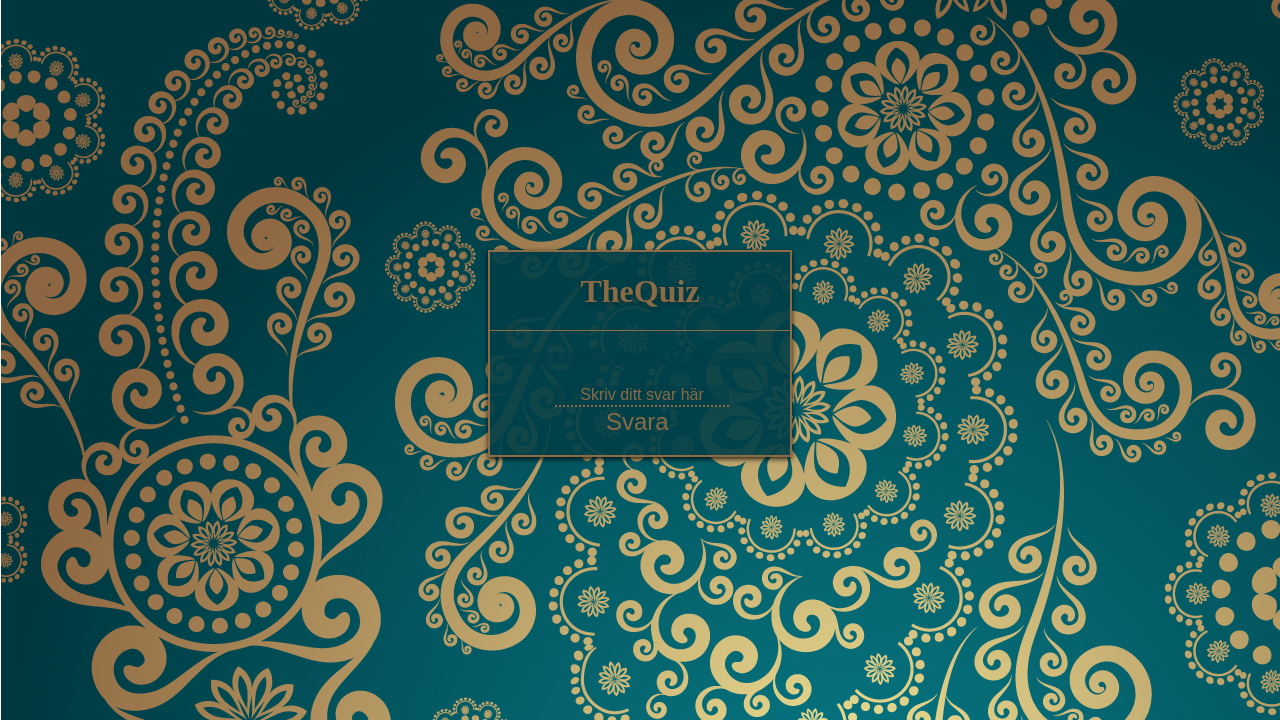
Repository: RebeccaFransson/1dv403-laborationer
Page: 4-thequiz/index.html
The author's editor kept a record of every edit. The page is drawn from the files as they stood at one moment, then again after the next edit.
The browser window is 1280 px wide. The pictures show the whole page.

Above is the page before.
Console error: SyntaxError: Unexpected token ')'

### 4-thequiz/index.html
<!DOCTYPE html>
<html lang="sv">
<head>
	<meta charset="UTF-8" />
	<link rel="stylesheet" href="style.css" />
    <title>JavaScript - TheQuiz</title>
</head>
    <body>
        <div id="content">
        <header><h1>TheQuiz</h1></header>
        <div id="nr">
            <div id="quest"></div>
        </div>
        <form>
     		<input placeholder="Skriv ditt svar här" type="text" id="textvalue"/>
     		<input type="submit" value="Svara" id="send"/>
     		<p id="value"></p>
        </form>

        <div id="answer">
        </div>

 		</div>
 		<script src="script/theQuiz.js"></script>
    </body>
</html>

### 4-thequiz/style.css
body{
    background-image: url('BG.jpg');
    color:#8B6B45;
}
#content{
    width:300px;
    margin:auto;
    margin-top:250px;
    border: 2px solid #8B6B45;
    box-shadow: 0 2px 5px rgba(0, 0, 0, 0.8);
    background-color:rgba(0, 63, 72, 0.9);

}
h1{
    width: 300px;
    text-align:center;
    border:rgba(0, 63, 72, 0.5);
    border-bottom:1px solid #8B6B45;
    padding-bottom:20px;
    text-shadow: 0 2px 5px rgba(0, 0, 0, 0.3);
}
#nr{
    width: 270px;
    margin:auto;
    margin-bottom:20px;
    text-shadow: 0 2px 5px rgba(0, 0, 0, 0.8);
    text-align:center;
    font-size:1em;
    background-color:rgba(0, 63, 72, 0.5);
    border:1px solid rgb(0, 63, 72);
    -moz-border-radius: 10px;
    border-radius: 10px;
}
#quest{
    text-shadow: 0 2px 5px rgba(0, 0, 0, 0.3);
    text-align:center;
    font-size:2em;
    margin:10px;
}
form{
    width:270px;
    height:70px;
    margin:auto;
}
#textvalue{
    width:170px;
    position:relative;
    left:50px;
    border:rgba(0, 63, 72, 0.5);
    border-bottom:2px dotted #8B6B45;
    text-align:center;
    font-size:1em;
    background-color:rgba(0, 63, 72, 0.5);
    color: #8B6B45;
}
#send{
    width:70px;
    color: #8B6B45;
    margin-left:95px;
    border:none;
    font-size:1.5em;
    background-color:rgba(0, 63, 72, 0.1);

}
#send:hover{
    color:#8D6541;
    text-shadow: 0 5px 5px rgba(0, 0, 0, 0.3);
}
::-webkit-input-placeholder {
   color: #8B6B45;
}

:-moz-placeholder { /* Firefox 18- */
   color: #8B6B45;
}

::-moz-placeholder {  /* Firefox 19+ */
   color: #8B6B45;
}

:-ms-input-placeholder {
   color: #8B6B45;
}

#answer{
    width:300px;
    font-size:1.5em;
    text-align:center;
    position:absolute;
    top:510px;
    -moz-border-radius: 10px;
    border-radius: 10px;
    box-shadow: 0 5px 5px rgba(0, 0, 0, 0.8);
     background-color:rgba(0, 63, 72, 0.9);
}

h2{
    font-size:1.8em;
    text-shadow: 0 2px 5px rgba(0, 0, 0, 0.3);
    margin:0;
}
}
.hidden{
    display:none;
}

### 4-thequiz/script/theQuiz.js

var theQuiz = {

nextURL: '',
times: 0,
timedArr: [],

    get: function(){

        if(theQuiz.times != 0){
            theQuiz.timedArr.push(theQuiz.times);
            console.log('TIMES!!!'+theQuiz.times);
            console.log('ARRAYN!!'+theQuiz.timedArr);
            theQuiz.times = 0;
        }

        //theQuiz.timedArr.length = 0;

        theQuiz.nextURL = theQuiz.nextURL || "http://vhost3.lnu.se:20080/question/1";
            var xhr = new XMLHttpRequest();

            xhr.onreadystatechange = function(){ //denna kod skall köras när vi får ett svar
                if(xhr.readyState === 4 && xhr.status === 200){//allt ok

                    var quest = JSON.parse(xhr.responseText);
                    console.log('OK Fråga: '+quest.question); //svarstext

                    document.getElementById('quest').innerHTML = quest.question;
                    document.getElementById('send').onclick = function(e){//hämtar ut knapp, sätter klick
                    theQuiz.times++;
                    console.log('TIMES'+theQuiz.times);
                    e.preventDefault();
                    theQuiz.send(xhr, quest);
                };

                }else if(xhr.status === 404){
                        console.log('Hittades ej');
                }else{
                    console.log('Annat problem med att ta emot från server');
                }
            };

            xhr.open('GET', theQuiz.nextURL, true); //asynkromt anrop

            xhr.send(null);
    },

    send: function(xhr, quest){
            var input = document.getElementById('textvalue').value;

            xhr.open('POST', quest.nextURL, true);//skicka data till nästa url
            xhr.setRequestHeader('Content-Type', 'application/json');//talar om att ypen är json

            var product = {
                id: 1,
                answer: input,
            };

            xhr.send(JSON.stringify(product));

            xhr.onreadystatechange = function(){ //denna kod skall köras när vi får ett svar

                if(){
                var ansBox = document.getElementById('answer');
                var answer = JSON.parse(xhr.responseText);

                if(answer.nextURL != undefined){//RÄTT GRÖN FÄRG
                    ansBox.innerHTML = answer.message;
                    ansBox.setAttribute('style', 'border: 2px solid rgba(115, 240, 44, 0.5)');

                    theQuiz.nextURL = answer.nextURL;
                    theQuiz.get();
                }else if(xhr.status === 400){//fel BLI RÖD
                    ansBox.innerHTML = answer.message;
                    ansBox.setAttribute('style', 'border: 2px solid rgba(255, 44, 44, 0.5)');

                }else{//slut på frågor
                    ansBox.setAttribute('style', 'border: 2px solid #8B6B45');
                    //ansBox.innerHTML = 'Grattis! Du klarade hela Quizet på '+theQuiz.times+' försök';
                    for(var i = 1; i <= theQuiz.timedArr.length; i++){
                        ansBox.innerHTML += 'Fråga '+i+' tog '+theQuiz.timedArr[i-1]+'försök <br>';
                    }
                }
                document.getElementById('textvalue').value = "";
            };
    }
};
window.onload = theQuiz.get;

After the next edit:
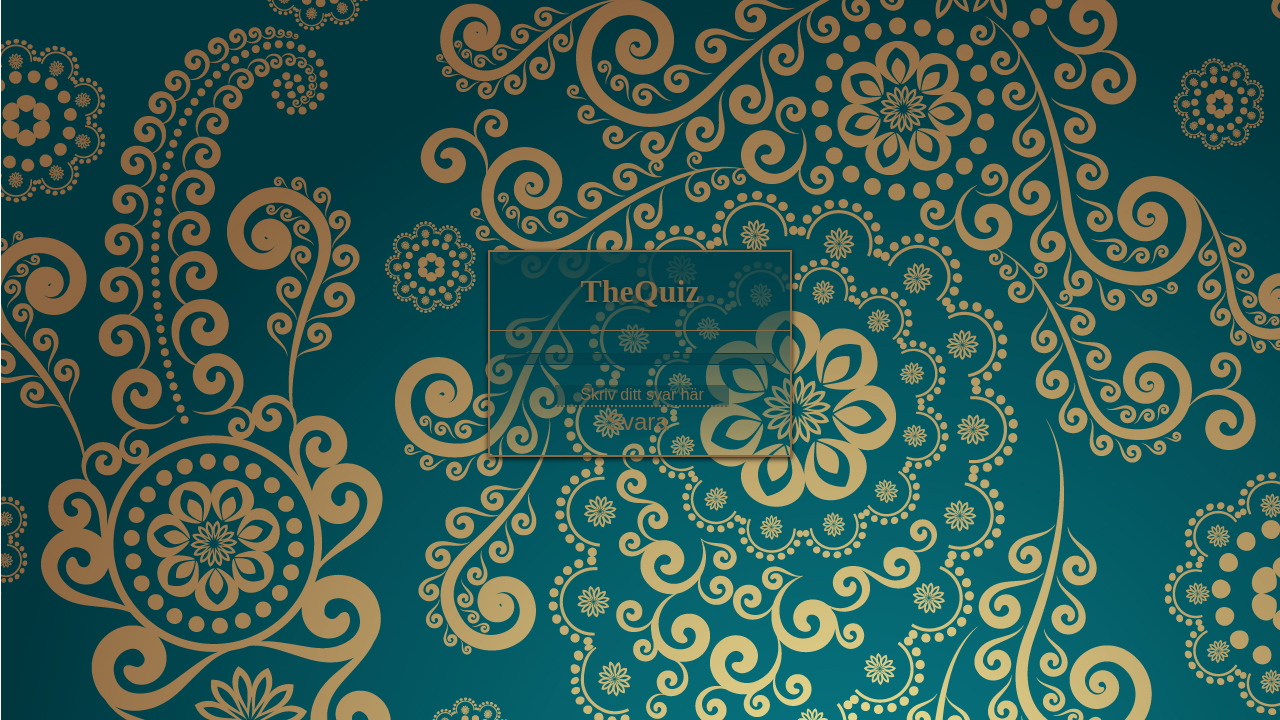
The edit:
--- a/4-thequiz/style.css
+++ b/4-thequiz/style.css
@@ -9,6 +9,11 @@
     border: 2px solid #8B6B45;
     box-shadow: 0 2px 5px rgba(0, 0, 0, 0.8);
     background-color:rgba(0, 63, 72, 0.9);
+
+    background: -webkit-linear-gradient(180deg, rgba(0, 63, 72, 0.9),rgba(0, 63, 72, 0.1)); /*Safari 5.1-6*/
+  background: -o-linear-gradient(180deg, rgba(0, 63, 72, 0.9),rgba(0, 63, 72, 0.1)); /*Opera 11.1-12*/
+  background: -moz-linear-gradient(180deg, rgba(0, 63, 72, 0.9),rgba(0, 63, 72, 0.1)); /*Fx 3.6-15*/
+  background: linear-gradient(180deg, rgba(0, 63, 72, 0.9),rgba(0, 63, 72, 0.1)); /*Standard*/
 
 }
 h1{
